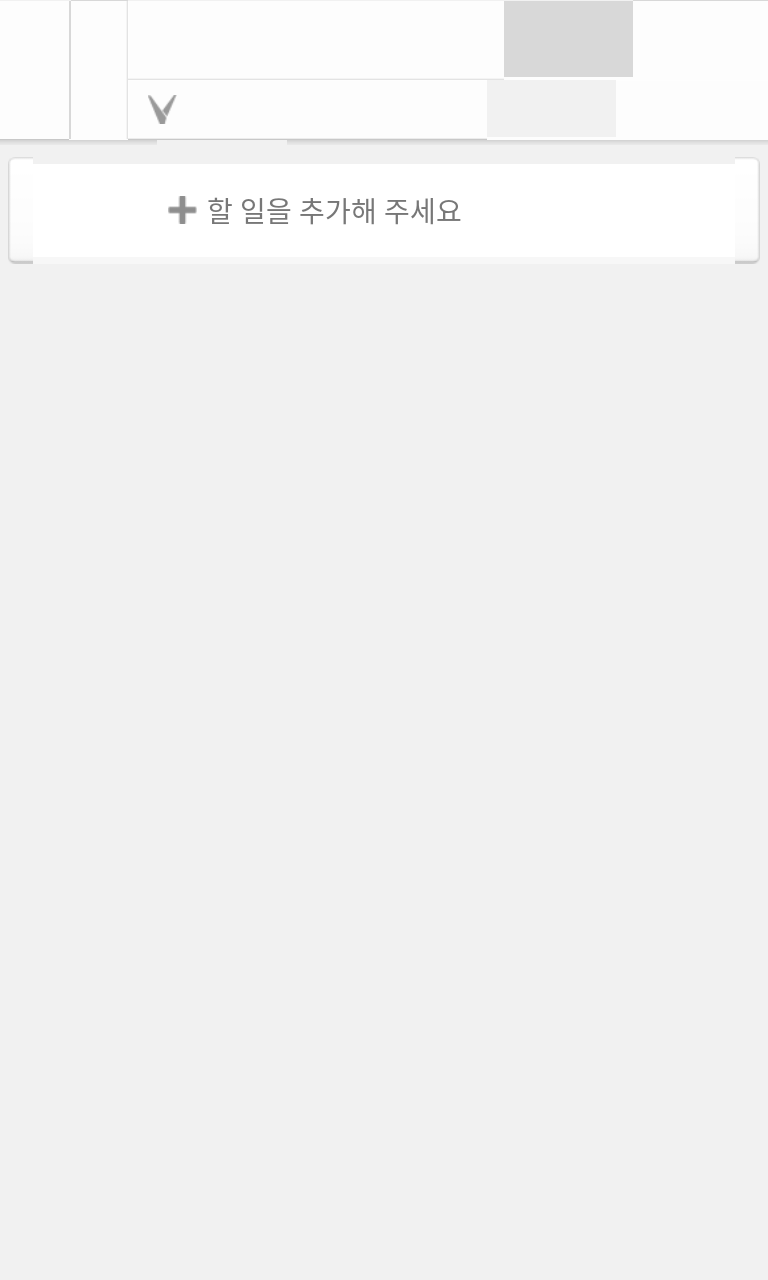
Repository: belhyun/witherest-android
Layout: Witherest/res/layout/fragment_mycheck.xml
An editor plug-in stored every save of this project. The layout is shown before and after the next save, followed by the edit.
It is drawn on a 768 x 1280 px phone screen (xhdpi) without system bars, with theme android:Theme.Holo; the app's code is not run. Lists and similar views that code fills are empty.

Above is the layout before, as saved 2013-07-06 10:34:15.

### Witherest/res/layout/fragment_mycheck.xml
<?xml version="1.0" encoding="utf-8"?>
<LinearLayout xmlns:android="http://schemas.android.com/apk/res/android"
    android:layout_width="fill_parent"
    android:layout_height="fill_parent"
    android:background="#f1f1f1"
    android:orientation="vertical" >

    <RelativeLayout
        android:layout_width="fill_parent"
        android:layout_height="wrap_content" >

        <LinearLayout
            android:id="@+id/mycheck_profile_container"
            android:layout_width="64dp"
            android:layout_height="70dp"
            android:layout_alignParentLeft="true"
            android:background="@drawable/main1_bg"
            android:gravity="center"
            android:padding="3dip" >

            <ImageView
                android:id="@+id/mycheck_prifile_image"
                android:layout_width="match_parent"
                android:layout_height="match_parent"
                android:layout_marginBottom="5dp"
                android:layout_marginLeft="3dp"
                android:layout_marginRight="3dp"
                android:layout_marginTop="5dp"
              />
        </LinearLayout>

        <LinearLayout
            android:id="@+id/mycheck_intro_container"
            android:layout_width="match_parent"
            android:layout_height="40dp"
            android:layout_alignParentTop="true"
            android:layout_toRightOf="@id/mycheck_profile_container"
            android:background="@drawable/main2_bg"
            android:gravity="center_vertical"
            android:orientation="vertical"
            android:padding="3dip" >

            <TextView
                android:id="@+id/mycheck_name_textview"
                android:layout_width="wrap_content"
                android:layout_height="wrap_content"
                android:ellipsize="end"
                android:textColor="#51c3b8"
                android:textSize="14sp"
                android:layout_marginLeft ="3dp"
                android:textStyle="bold" />

            <TextView
                android:id="@+id/mycheck_purpose_textview"
                android:layout_width="wrap_content"
                android:layout_height="wrap_content"
                android:ellipsize="end"
                android:textColor="#888888"
                android:layout_marginLeft ="3dp"
                android:textSize="14sp"
                android:layout_marginBottom="3dp"
              />
        </LinearLayout>

        <LinearLayout
            android:id="@+id/mycheck_detail_container"
            android:layout_width="fill_parent"
            android:layout_height="30dp"
            android:layout_alignLeft="@id/mycheck_intro_container"
            android:layout_below="@id/mycheck_intro_container"
            android:orientation="horizontal" >

            <LinearLayout
                android:id="@+id/mycheck_detail_container_1"
                android:layout_width="match_parent"
                android:layout_height="match_parent"
                android:layout_weight="1"
                android:background="@drawable/main3_bg"
                android:gravity="center"
                android:orientation="horizontal"
                android:padding="2dip" >

                <ImageView
                    android:layout_width="wrap_content"
                    android:layout_height="wrap_content"
                    android:layout_marginLeft="8dp"
                    android:src="@drawable/main_checkroom_icon_bg" />

                <TextView
                    android:id="@+id/mycheck_expose_textview"
                    android:layout_width="match_parent"
                    android:layout_height="wrap_content"
                    android:layout_marginLeft="80dp"
                    android:textColor="#999999"
                    android:textSize="14sp" />
            </LinearLayout>

            <LinearLayout
                android:id="@+id/mycheck_detail_container_2"
                android:layout_width="match_parent"
                android:layout_height="match_parent"
                android:layout_weight="1"
                android:background="@drawable/main4_bg"
                android:gravity="center"
                android:padding="2dip"
                android:visibility="gone">

                <ImageView
                    android:layout_width="wrap_content"
                    android:layout_height="wrap_content"
                    android:layout_marginLeft="8dp"
                    android:src="@drawable/main_star_icon_bg" />

                <TextView
                    android:id="@+id/mycheck_star_textview"
                    android:layout_width="match_parent"
                    android:layout_height="wrap_content"
                    android:layout_marginLeft="40dp"
                    android:textColor="#999999"
                    android:textSize="14sp" />
            </LinearLayout>
        </LinearLayout>
    </RelativeLayout>

    <LinearLayout
        android:layout_width="fill_parent"
        android:layout_height="wrap_content"
        android:background="@drawable/common_header_shadow" />

    <Button
        android:id="@+id/make_room_btn"
        android:layout_width="match_parent"
        android:layout_height="wrap_content"
        android:background="@drawable/make_room_btn_on_off"
        android:drawableLeft="@drawable/main_plus_icon_bg"
        android:drawablePadding="5dip"
        android:gravity="center_vertical"
        android:paddingLeft="80dp"
        android:text="@string/make_room"
        android:textColor="#777777"
        android:textSize="14sp"
        android:layout_marginLeft="4dp"
        android:layout_marginRight="4dp"
        android:layout_marginTop="6dp"
        android:layout_marginBottom="2dp"/>

    <ListView
        android:id="@+id/mycheck_checklistview"
        android:layout_width="match_parent"
        android:layout_height="wrap_content"
        android:layout_marginLeft="4dp"
        android:layout_marginRight="4dp"
        android:layout_marginTop="2dp"
        android:layout_weight="1.75"
        android:background="#f1f1f1"
        android:drawSelectorOnTop="false"
        android:cacheColorHint="#00000000"
        android:divider="@color/tranparent"
        android:listSelector="@android:color/transparent"
        android:persistentDrawingCache="animation|scrolling"
        >
    </ListView>

</LinearLayout>

### Witherest/res/drawable/make_room_btn_on_off.xml
<?xml version="1.0" encoding="utf-8"?>
<selector xmlns:android="http://schemas.android.com/apk/res/android" >
    <!-- selected -->
	<item
		android:state_selected="true"
		android:drawable="@drawable/main_plusroom_button_on"/>

	<!-- pressed -->
	<item
		android:state_pressed="true"
		android:drawable="@drawable/main_plusroom_button_on"/>

	<!-- focused -->
	<item
		android:state_focused="true"
		android:drawable="@drawable/main_plusroom_button_on"/>

	<!-- default -->
	<item
		android:drawable="@drawable/main_plusroom_button_off"/>

</selector>

### Witherest/res/values/strings.xml
<?xml version="1.0" encoding="utf-8"?>
<resources>
    <string name="app_name">Witherest</string>
    <string name="hello_world">Hello world!</string>
    <string name="menu_settings">Settings</string>
    <string name="title_activity_main">MainActivity</string>

    <!-- Common String -->
    <string name="common_welcome">다른 사람들과 할 일을 공유 하고 함께 이뤄 가는 공간\n함께 목표를 이루는 공간에 당신을 초대합니다.</string>

    <string name="exception_message">오류가 발생하였습니다.</string>
    <string name="incorrect_networkconnect">잘못된 접근방식입니다.</string>
    <!-- /Common String -->

    <!-- Login String -->
    <string name="login_title">로그인</string>
    <string name="login_message">다른 사람들과 할 일을 공유 하고 함께 이뤄 가는 공간\n함께 목표를 이루는 공간에 당신을 초대합니다.</string>
	<string name="login_id_hint">아이디 (이메일 주소)</string>
	<string name="login_passwd_hint">비밀번호</string>
	<string name="login_btn">로그인</string>

	<string name="login_dialog_message">로그인중 입니다.</string>

		<!-- Error String -->
		<string name="login_insert_id_empty">아이디 (이메일 주소)를 입력 해주세요.</string>
		<string name="login_insert_passwd_empty">비밀번호를 입력 해주세요.</string>
		<string name="login_id_incorrect">등록되지 않은 사용자 입니다.</string>
		<string name="login_passwd_incorrect">비밀번호가 일치하지 않습니다.</string>
		<!-- /Error String -->

	<!-- /Login String -->

	<!-- SignUp String -->
	<string name="signup_title">가입하기</string>
	<string name="signup_nickname_hint">닉네임</string>
	<string name="signup_id_hint">아이디 (이메일 주소)</string>
	<string name="signup_passwd_hint">비밀번호</string>
	<string name="signup_passwdconfirm_hint">비밀번호 확인</string>
	<string name="signup_interestedCategory_hint">관심 카테고리</string>
	<string name="signup_attention">만들기 버튼을 누르면 &lt;font color=#3cc3c6&gt;이용약관&lt;/font&gt; 및 &lt;font color=#3cc3c6&gt;개인 정보&lt;/font&gt;&lt;br /&gt;&lt;font color=#3cc3c6&gt;취급 방침&lt;/font&gt;에 동의하게 됩니다.</string>
	<string name="signup_make_btn">가입하기</string>

	<string name="signup_dialog_message">&lt;small&gt;회원가입  요청중입니다.&lt;/small&gt;&lt;br&gt;&lt;small&gt;잠시만 기다려 주세요.&lt;/small&gt;</string>

		<!-- Error String -->
		<string name="signup_insert_nickname_empty">닉네임을 입력 해주세요.</string>
		<string name="signup_insert_id_empty">아이디 (이메일 주소)를 입력 해주세요.</string>
		<string name="signup_insert_passwd_empty">비밀번호를 입력 해주세요.</string>
		<string name="signup_insert_passwdconfirm_empty">비밀번호 확인을 입력 해주세요.</string>
		<string name="signup_insert_interestedCategory_empty">관심 카테고리를 선택 해주세요.</string>

		<string name="signup_insert_passwd_different">입력된 비밀번호가 일치하지 않습니다.</string>
		<!-- /Error String -->

	<!-- /SignUp String -->
		<string name="title_category">Category</string>
		<string name="profile_title">프로필 수정</string>
		<string name="profile">프로필</string>
		<string name="profile_menu_text">프로필 이미지</string>
		<string name="profile_image_des">이미지를 변경하시려면 눌러주세요</string>
		<string name="profile_nick">닉네임</string>
		<string name="email">이메일</string>
		<string name="purpose">목표 문구</string>
		<string name="mycategory">관심 카테고리</string>
		<string name="settings_title">설정</string>
		<string name="default_info_text">기본 정보</string>
		<string name="version_title">버젼 정보</string>
		<string name="default_version">1.0</string>
		<string name="help_title">도움말</string>
		<string name="suggestion_title">의견 보내기</string>
		<string name="note_title">알림 설정</string>
		<string name="system_title">시스템 설정</string>
		<string name="withdraw_title">탈퇴</string>
		<string name="logout_title">로그 아웃</string>
		<string name="warning_withdraw">Witherest를 탈퇴하시겠습니까?</string>
		<string name="confirm">확인</string>
		<string name="cancel">취소</string>
		<string name="confirm_withdraw">탈퇴 확인</string>
		<string name="notification">알림</string>
		<string name="notificationconfig">알림 수신 설정</string>
		<string name="activity_noti_config_time">방 시간 알림</string>
		<string name="activity_noti_config_time_des">방 알림 시간이 되었을 때 알림을 받습니다.</string>
		<string name="activity_noti_config_manager_register">방장 신규 글 등록 알림</string>
		<string name="activity_noti_config_manager_register_des">방장이 신규글을 등록했을 때 알림을 받습니다.</string>
		<string name="activity_noti_config_register_mine">댓글 알림</string>
		<string name="activity_noti_config_register_mine_des">내가 쓴글에 댓 글이 달렸을 때 알림을 받습니다.</string>
		<string name="activity_noti_company">공지 알림</string>
		<string name="activity_noti_company_des">Witherest의 공지 알림을 받습니다.</string>
		<string name="selectimage">사진 선택</string>
		<string name="activity_profile_input_email_text">이메일을 입력해주세요</string>
		<string name="activity_profile_input_nick_text">닉네임을 입력해주세요</string>
		<string name="activity_profile_input_purpose_text">목표 문구를 입력해주세요</string>
		<string name="activity_profile_input_mycategories_text">관심 카테고리를 선택해주세요</string>
		<string name="activity_profile_input_category_text">관심 항목을 선택해주세요</string>
		<string name="activity_makeroom_room_image_title">방 이미지</string>
		<string name="activity_makeroom_room_name_title">방이름</string>
		<string name="activity_makeroom_purpose_title">할 일 내용</string>
		<string name="activity_makeroom_title">방 만들기</string>
		<string name="activity_makeroom_category_title">카테고리</string>
		<string name="activity_makeroom_period_title">기간</string>
		<string name="activity_makeroom_periodtype_default">매일</string>
		<string name="activity_makeroom_period_default">21일</string>
		<string name="activity_makeroom_periodtype_title">실천 주기</string>
		<string name="activity_mkeroom_periodtype_default">매일</string>
		<string name="activity_makeroom_alarm_title">알림</string>
		<string name="activity_makeroom_alarm_default">매일</string>
		<string name="activity_makeroom_content_hint">입력하시려면 눌러주세요</string>
		<string name="activity_makeroom_alarmtime_title">알림 시간</string>
		<string name="activity_makeroom_public_title">공개 여부</string>
		<string name="activity_makeroom_public_default">공개</string>
		<string name="activity_makeroom_maxmember_title">참여 인원</string>
		<string name="activity_makeroom_maxmember_default">10명</string>
		<string name="dialog_input_roomname_text">방 이름을 입력해주세요</string>
		<string name="dialog_input_purpose_text">할 일 내용을 입력해주세요</string>
		<string name="dialog_input_category_text">카테고리를 선택해주세요</string>
		<string name="dialog_input_period_text">기간을 입력해주세요</string>
		<string name="dialog_input_periodtype_text">실천 주기를 입력해주세요</string>
		<string name="dialog_input_alarm_text">알림을 선택해주세요</string>
		<string name="dialog_input_alarmtime_text">알림 시간을 지정해주세요</string>
		<string name="dialog_input_pulbic_text">공개 여부를 설정해주세요</string>
		<string name="dialog_input_maxmember_text">참여 인원을 설정해주세요</string>
		<string name="request_select_day">요일을 선택해주세요</string>
		<string name="daily">매일</string>
		<string name="yes">예</string>
		<string name="no">아니오</string>
		<string name="publicyes">공개</string>
		<string name="publicno">비공개</string>
		<string name="unit_human">명</string>
		<string name="simple_time">시</string>
		<string name="simple_min">분</string>
		<string name="am">오전</string>
		<string name="pm">오후</string>
		<string name="populate">인기순</string>
		<string name="recent">둥록순</string>
		<string name="agent">android</string>
		<string name="login_dialog_title">로그인 중</string>
		<string name="signup_dialog_title">회원 가입 요청중...</string>
		<string name="server_error">일시적 네트워크 장애입니다.\n다시 시도해주세요.</string>
		<string name="id_duplicated">이미 등록된 아이디입니다</string>
		<string name="join_text">join</string>
		<string name="setting_text">setting</string>
		<string name="leave_text">leave</string>
		<string name="with_text">with</string>
		<string name="board_text">board</string>
		<string name="roomboard_write_hint">소식을 전해주세요 !!</string>
		<string name="write_text">올리기</string>
		<string name="login_guide">로그인 안내</string>
		<string name="login_join_message">로그인 전용 페이지 입니다\n아래의 버튼을 알맞게 눌러주세요</string>
		<string name="login">로그인</string>
		<string name="join">회원 가입</string>
		<string name="logout_dialog_title">로그 아웃중</string>
		<string name="logout_dialog_message">로그 아웃 요청중...</string>
		<string name="wait_title">데이타 수신중</string>
		<string name="wait_message">잠시만 기다려주세요</string>
		<string name="makeroom_title_insert">방 이름을 입력해주세요 </string>
		<string name="makeroom_purpose_insert">할일 내용을 입력해주세요</string>
		<string name="makeroom_category_insert">룸을 생성할 카테고리를 입력해주세요</string>
		<string name="createroom_dialog_title">체크룸 생성</string>
		<string name="createroom_dialog_message">체크룸 생성 요청 중입니다 \n잠시만 기다려 주세요</string>
		<string name="createroom_ok">정상적으로 방이 개설되었습니다</string>
		<string name="room_modify">수정</string>
		<string name="room_withdraw">탈퇴</string>
		<string name="room_join">참여</string>
		<string name="no_manager_notice">현재 방의 공지 사항이 없습니다.</string>
		<string name="no_purpose">현재 자신의 목적문구가 없습니다.</string>
		<string name="you_not_manager">방장만이 공지글을 작성할 수 있습니다</string>
		<string name="write_notice_title">공지 작성</string>
		<string name="confirm_notice">공지글을 작성해 주세요</string>
		<string name="not_user_not_join_alert">글을 올리려면 이 방에 참여한 상태여야 합니다.</string>
		<string name="no_text">글을 작성하지 않았습니다. 글을 작성해 주세요</string>
		<string name="write_reply_title">댓글 작성</string>
		<string name="modifyroom_ok">정상적으로 방이 수정되었습니다</string>
		<string name="not_valid_email">입력하신 ID 는 이메일 형식에 맞지 않습니다\n이메일 형식에 맞게 입력해주세요</string>
		<string name="not_valid_name">이름은 2자 이상이어야 합니다</string>
		<string name="not_valid_password">비밀번호는 4자 이상이어야 합니다</string>
		<string name="banned_modify_email">이메일은 수정하실 수 없습니다</string>
		<string name="modify">수정</string>
		<string name="profile_purpose_hint">자신의 목표 문구를 설정해 주세요</string>
		<string name="profile_category_hint">관심 카테고리를 설정해주세요</string>
		<string name="make_room">할 일을 추가해 주세요</string>
		<string name="no_alarm">알림 시간 없음</string>
		<string name="room_public_ok">공개</string>
		<string name="room_public_not">비공개</string>
		<string name="logout_fail">로그아웃 요청이 실패했습니다\n다시 시도해 주십시오</string>
		<string name="finish_confirm_title">앱 종료 확인</string>
		<string name="finish_confirm_message">앱을 종료하시겠습니까?</string>
		<string name="logout_wait_message">로그아웃 중입니다\n잠시만 기다려 주세요</string>
		<string name="profile_modify_ok">프로필이 정상적으로 수정되었습니다</string>
		<string name="necessary_text">필수 사항</string>
		<string name="option_text">선택 사항</string>
		<string name="wrong_approach">잘못된 접근 경로입니다</string>
		<string name="withdraw_ok">회원 탈퇴가 정상적으로 처리되었습니다</string>
		<string name="member_guide_title">회원 가입 안내</string>
		<string name="member_guide_message">회원 가입을 하시고 이용하실 수 있습니다.\n회원 가입절차는 아주 간단합니다.</string>
		<string name="no_delete_room">자신을 제외하고 방에 인원이 없어야 방 삭제가 가능합니다</string>
		<string name="delete_room_guide_title">방 삭제</string>
		<string name="delete_room_guide_message">정말로 방을 삭제하시겠습니까?</string>
		<string name="room_delete">방 삭제하기</string>
		<string name="join_member">Witherest 가입하기</string>
		<string name="join_member_text">회원이 아니시면 아래를 눌러 가입해주세요</string>

		<string name="pull_to_refresh_pull_label">새로 고침</string>
   		 <string name="pull_to_refresh_release_label">새로 고침</string>
   		 <string name="pull_to_refresh_refreshing_label">로딩중...</string>
 		 <string name="pull_to_refresh_tap_label">새로 고침하려면 탭 해주세요</string>
 		 <string name="progress_initialize">앱 초기화 중입니다</string>
 		 <string name="progress_version">버젼 체크를 진행중입니다</string>
 		 <string name="progress_category">필요한 데이타를 수신중입니다</string>
 		 <string name="progress_gcm">GCM 데이타를 식별중입니다</string>
 		 <string name="progress_autologin">자동 로그인 중입니다</string>
 		 <string name="note_saved">에버노트에 잘 저장이 되었습니다</string>
 		 <string name="error_creating_notestore">에버노트에 노트저장소 생성에 문제가 생겼습니다</string>
 		 <string name="error_saving_note">에버노트에 저장하는데 문제가 생겼습니다</string>
 		 <string name="empty_content_error">에버노트에 저장하기 위해서는 제목과 내용이 필요합니다</string>
 		 <string name="note_title">알림 설정</string>
 		 <string name="evernote_login_ok">에버노트 로그인이 되었습니다</string>
 		 <string name="evernote_login_fail">에버노트 인증에 실패했습니다</string>
 		 <string name="is_saving_evernote">에버노트에 기록중입니다\n잠시만 기다려주세요</string>
 		 <string name="note_message">알림 설정하기</string>
 		 <string name="acount_title">계정 연동</string>
 		 <string name="evernote_message1">에버노트와 연동하기</string>
 		 <string name="activity_setting_evernote_detail1">목표를 수행한 내용 기록하기</string>
 		 <string name="activity_setting_evernote_detail2">목표를 수행한 내용이 \n에버노트에 기록됩니다</string>
 		 <string name="room_time_note">witheset 방 시간 알림</string>
 		 <string name="room_time_note_suffix">의 방 시간 알림입니다.</string>
 		 <string name="dialog_input_public_not_public">공개 여부를 선택해 주세요</string>
 		 <string name="fatal_network_error">네트워크 오류</string>
 		 <string name="fatal_network_error_message">네트워크를 사용할 수 없거나, 오류가 발생했습니다.\n앱이 종료됩니다</string>
 		 <string name="tempo_network_error">일시적 네트워크 장애</string>
 		 <string name="tempo_network_error_message">일시적 네트워크 장애입니다. 재시도 하시겠습니까?</string>
 		 <string name="just">just</string>
 		 <string name="inappropriate_path">잘못된 접근 경로입니다.</string>
 		 <string name="registration_order">등록순</string>
 		 <string name="popular_order">인기도순</string>
 		 <string name="create">만들기</string>
 		 <string name="create_room">할 일 만들기</string>
 		 <string name="modify_room">할 일 수정하기</string>
 		 <string name="delete">삭제</string>
 		 <string name="upgrade">upgrade</string>
 		 <string name="login">로그인</string>
 		 <string name="logout">로그아웃</string>
 		 <string name="create_check_room">체크룸 개설</string>
 		 <string name="search_check_room">체크룸 검색</string>
</resources>

### Witherest/res/values/color.xml
<?xml version="1.0" encoding="utf-8"?>
<resources>
    <color name="tranparent">#00000000</color>

</resources>

After the next save:
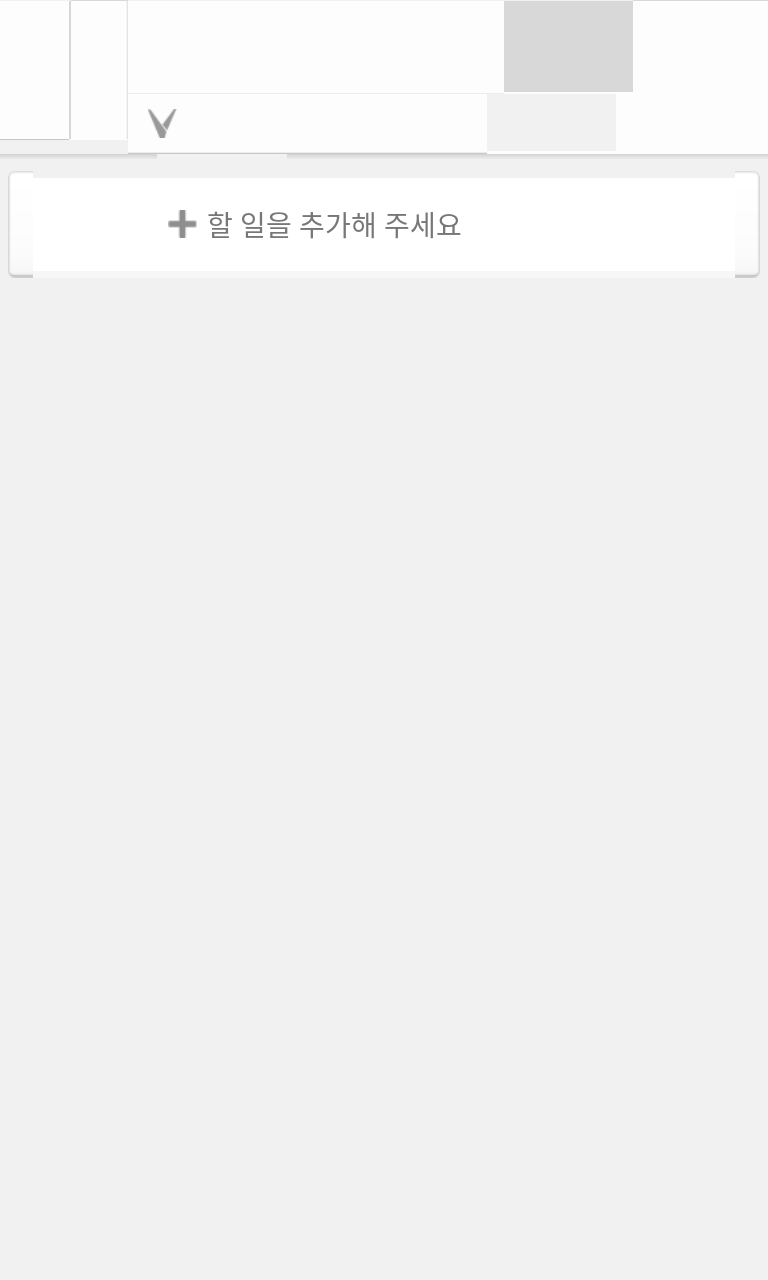
Saved 49 s later.
--- a/Witherest/res/layout/fragment_mycheck.xml
+++ b/Witherest/res/layout/fragment_mycheck.xml
@@ -32,7 +32,7 @@
         <LinearLayout
             android:id="@+id/mycheck_intro_container"
             android:layout_width="match_parent"
-            android:layout_height="40dp"
+            android:layout_height="wrap_content"
             android:layout_alignParentTop="true"
             android:layout_toRightOf="@id/mycheck_profile_container"
             android:background="@drawable/main2_bg"
